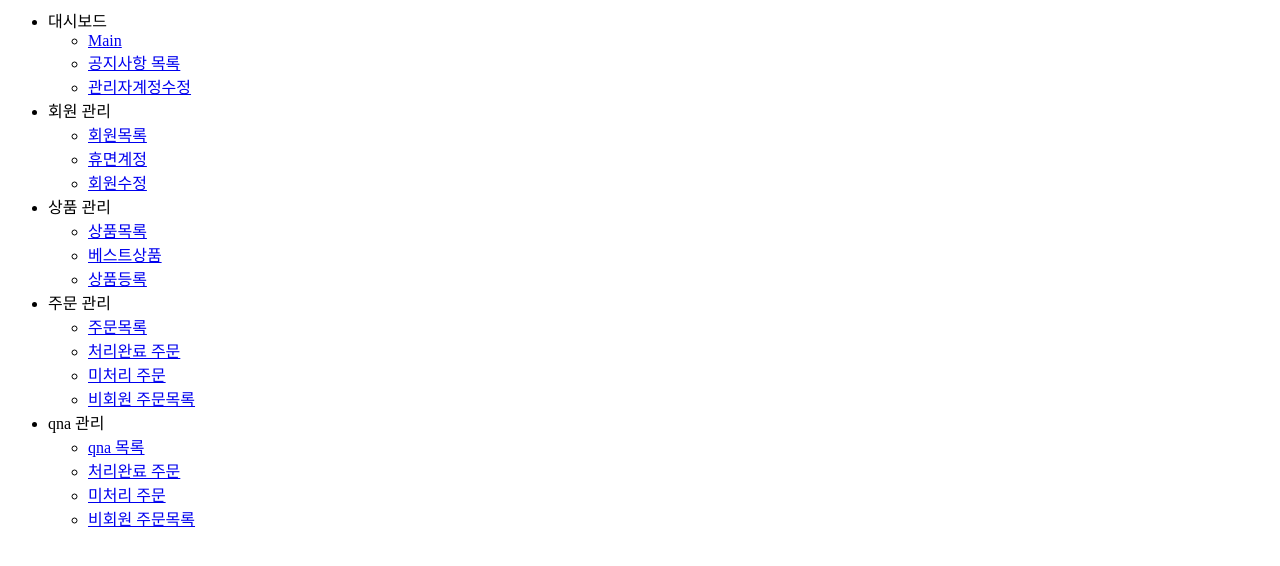
Repository: GreenShrew/SmallProject
Page: http://localhost/BookStore/admin/adminFooter.jsp
An editor plug-in stored every save of this project. The page is shown before and after the next save, followed by the edit.
The browser window is 1280 px wide. The pictures show the whole page.
The page is served by Tomcat 9. Other server files are loaded and not shown.

Above is the page before, as saved 2022-02-22 05:47:27.

### BookStore/src/main/webapp/admin/adminFooter.jsp
<%@ page language="java" contentType="text/html; charset=UTF-8" pageEncoding="UTF-8"%>

<!-- admin side bar -->
<div id="adminSideBar">
	<ul>
		<li class="sideList">
			<div class="sideTitle">
				<span>대시보드</span>
				<div class="listbutton"></div>
			</div>
			<ul>
				<li><a href="bs.do?cmd=adminMain">Main</a></li>
				<li><a href="bs.do?cmd=adminNoticeList">공지사항 목록</a></li>
				<li><a href="bs.do?cmd=adminAdminMemUpdate">관리자계정수정</a></li>
			</ul>
		</li>
		<li class="sideList">
			<div class="sideTitle">
				<span>회원 관리</span>
				<div class="listbutton"></div>
			</div>
			<ul>
				<li><a href="bs.do?cmd=adminMemberList">회원목록</a></li>
				<li><a href="bs.do?cmd=adminMemberList&key=n">휴면계정</a></li>
				<li><a href="bs.do?cmd=adminMemberUpdate">회원수정</a></li>
			</ul>
		</li>
		<li class="sideList">
			<div class="sideTitle">
				<span>상품 관리</span>
				<div class="listbutton"></div>
			</div>
			<ul>
				<li><a href="bs.do?cmd=adminProductList&sub=y">상품목록</a></li>
				<li><a href="bs.do?cmd=adminProductBestList">베스트상품</a></li>
				<li><a href="bs.do?cmd=adminProductUpload">상품등록</a></li>
			</ul>
		</li>
		<li class="sideList">
			<div class="sideTitle">
				<span>주문 관리</span>
				<div class="listbutton"></div>
			</div>
			<ul>
				<li><a href="bs.do?cmd=adminOrderList">주문목록</a></li>
				<li><a href="bs.do?cmd=adminOrderList&key=2">처리완료 주문</a></li>
				<li><a href="bs.do?cmd=adminOrderList&key=1">미처리 주문</a></li>
				<li><a href="bs.do?cmd=adminNMOrderList">비회원 주문목록</a></li>
			</ul>
		</li>
		<li class="sideList">
			<div class="sideTitle">
				<span>qna 관리</span>
				<div class="listbutton"></div>
			</div>
			<ul>
				<li><a href="bs.do?cmd=adminQnaList">qna 목록</a></li>
				<li><a href="#">처리완료 주문</a></li>
				<li><a href="#">미처리 주문</a></li>
				<li><a href="#">비회원 주문목록</a></li>
			</ul>
		</li>
	</ul>
</div>


 <!-- adminFrame -->
<!--  -->
</div>
</body>
</html>

After the next save:
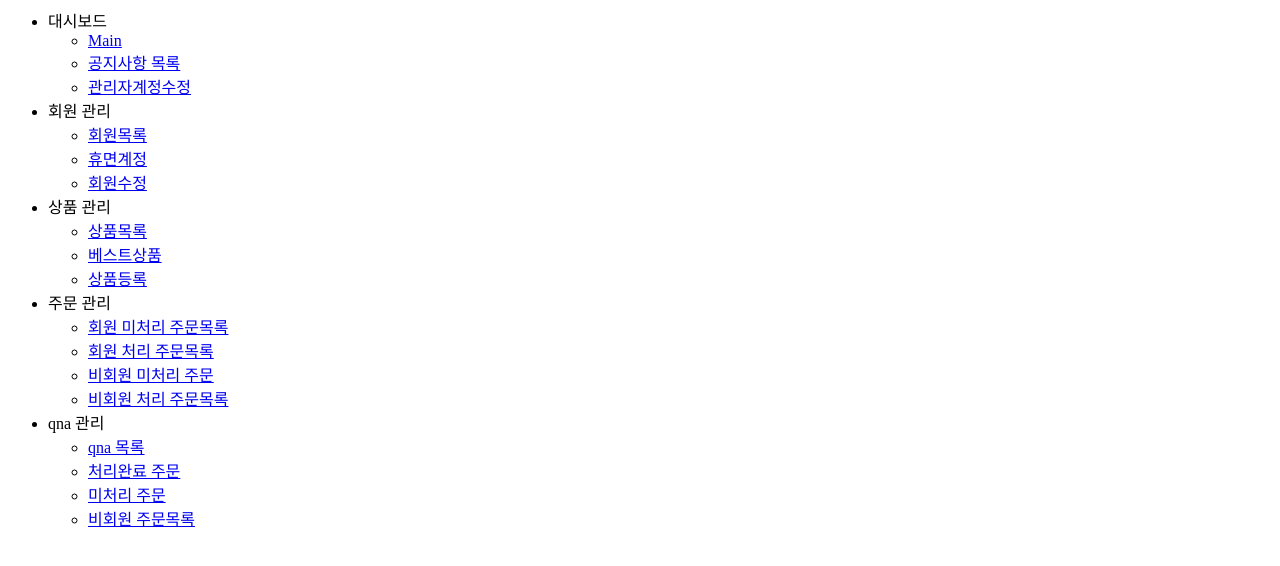
Saved 6 min 6 s later.
--- a/BookStore/src/main/webapp/admin/adminFooter.jsp
+++ b/BookStore/src/main/webapp/admin/adminFooter.jsp
@@ -42,10 +42,10 @@
 				<div class="listbutton"></div>
 			</div>
 			<ul>
-				<li><a href="bs.do?cmd=adminOrderList">주문목록</a></li>
-				<li><a href="bs.do?cmd=adminOrderList&key=2">처리완료 주문</a></li>
-				<li><a href="bs.do?cmd=adminOrderList&key=1">미처리 주문</a></li>
-				<li><a href="bs.do?cmd=adminNMOrderList">비회원 주문목록</a></li>
+				<li><a href="bs.do?cmd=adminOrderList">회원 미처리 주문목록</a></li>
+				<li><a href="bs.do?cmd=adminOrderList&key=2">회원 처리 주문목록</a></li>
+				<li><a href="bs.do?cmd=adminOrderList&key=1">비회원 미처리 주문</a></li>
+				<li><a href="bs.do?cmd=adminNMOrderList">비회원 처리 주문목록</a></li>
 			</ul>
 		</li>
 		<li class="sideList">
